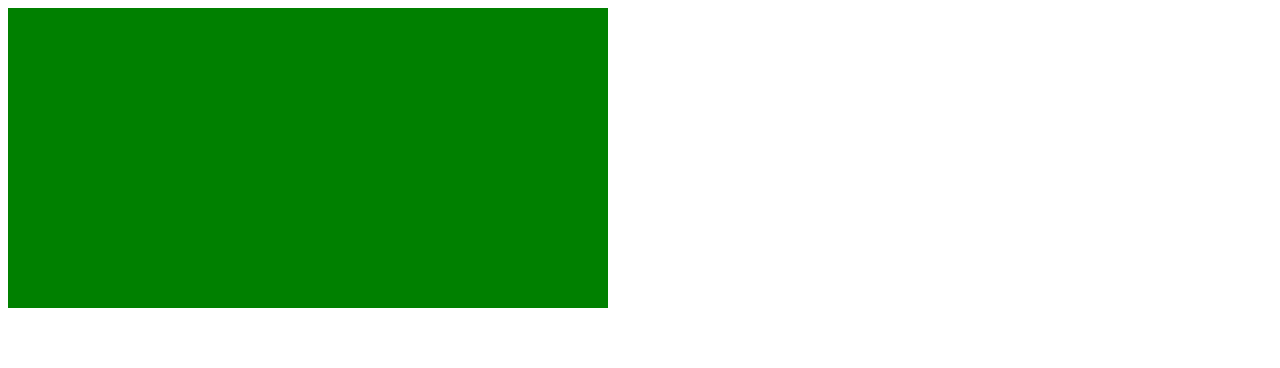
Repository: jaerod95/BYU
Page: math113/main.html
The author's editor kept a record of every edit. The page is drawn from the files as they stood at one moment, then again after the next edit.
The browser window is 1280 px wide. The pictures show the whole page.

Above is the page before.
Console error: TypeError: Cannot read properties of null (reading 'addEventListener')

After the next edit:
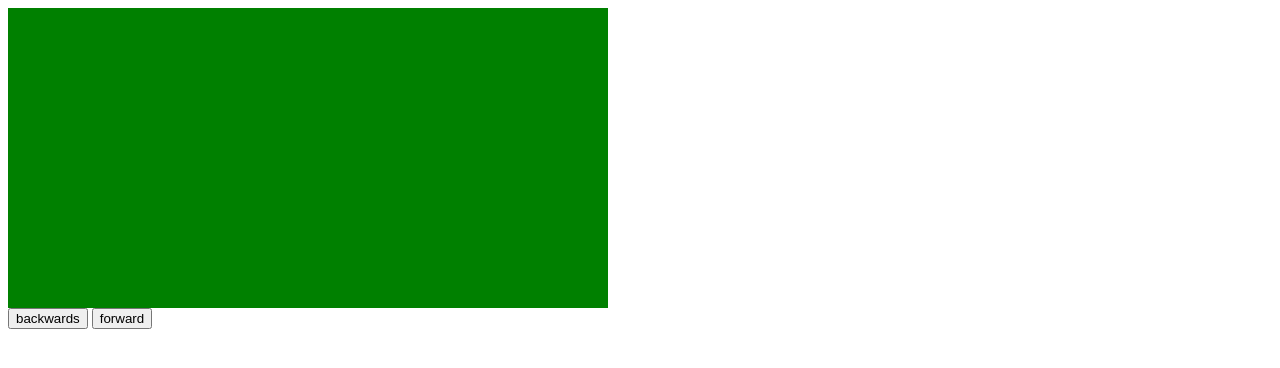
The edit:
--- a/math113/main.html
+++ b/math113/main.html
@@ -7,5 +7,7 @@
     </head>
     <body>
         <div id="subtxt"></div>
+        <button id="butts" onclick="back()">backwards</button>
+        <button id="for" onclick="forward()">forward</button>
     </body>
 </html>
